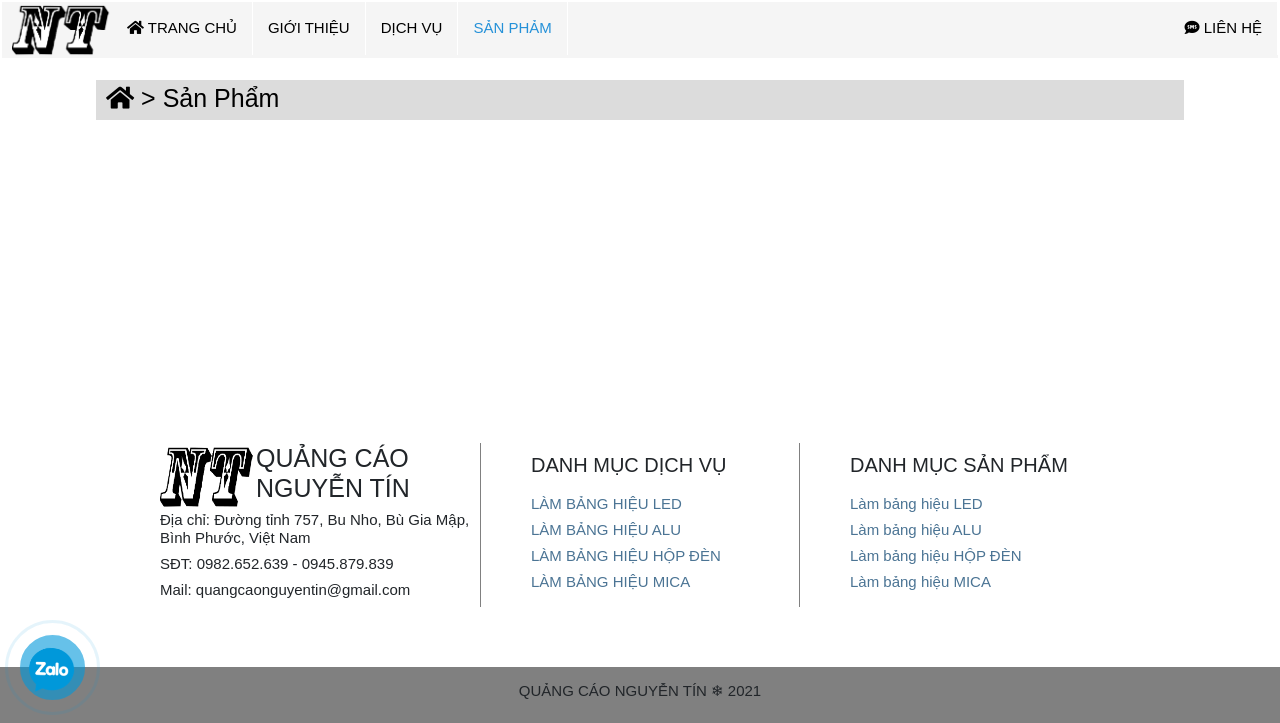
Repository: Haunguyen42193/quangcaonguyentin.github.io
Page: product.html
The author's editor kept a copy of each file at every save. The page is drawn from the files as they stood at one save, then again after the next save.
The browser window is 1280 px wide. The pictures show the whole page.
Some web fonts or font styles are not loaded; a fallback is used. Some web libraries are served in a nearby version.

Above is the page before, as saved 2021-10-13 15:55:58.
Console error: ReferenceError: init is not defined

After the next save:
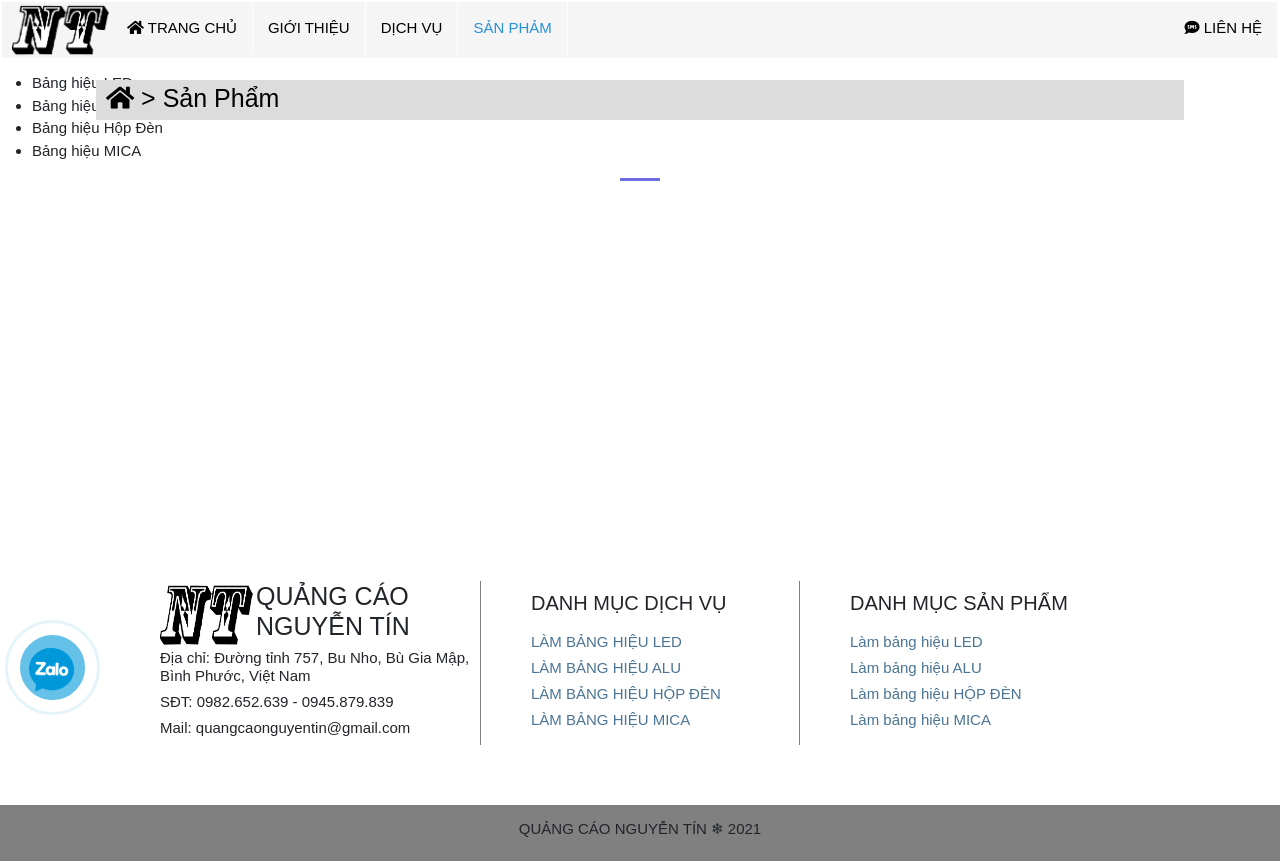
Saved 3 min 11 s later.
--- a/product.html
+++ b/product.html
@@ -87,7 +87,15 @@
 
     <!--product-->
     <section class="product">
-
+        <div class="product-menu">
+            <h5>Sản Phẩm</h5>
+            <ul>
+                <li>Bảng hiệu LED</li>
+                <li>Bảng hiệu ALU</li>
+                <li>Bảng hiệu Hộp Đèn</li>
+                <li>Bảng hiệu MICA</li>
+            </ul>
+        </div>
         <div class="line"></div>
     </section>
 
